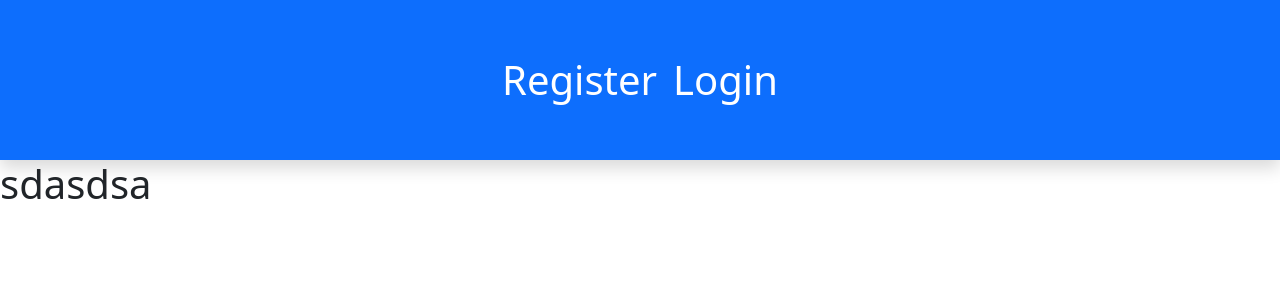
Repository: loveleii/firebase-login-logout
Page: /
These files come from the project's save history. The page is drawn as it stood at one moment and after the next save; the edit follows.
The browser window is 1280 px wide. The pictures show the whole page.
The project was rebuilt for these pictures with package versions that can differ from the ones it lists, and the page was loaded fresh each time. Also part of the build but not shown: vite.config.ts, src/views/loginView.vue, src/assets/main.css.

Above is the page before, as saved 2023-03-04 19:26:51.

### src/main.js
import { createApp } from 'vue'
import { createPinia } from 'pinia'

import App from './App.vue'
import router from './router'
import "bootstrap/dist/css/bootstrap.min.css"
import bootstrap from "bootstrap/dist/js/bootstrap.bundle.js"

import './assets/main.css'

const app = createApp(App)

app.use(createPinia())
app.use(router)

app.mount('#app')

### src/App.vue
<script setup lang="ts">
import { RouterLink, RouterView } from 'vue-router'

</script>

<template>
  <div>
        <header class="bg-primary p-5 shadow">
            <div class="container_header">
                <div class="d-flex">
                    <RouterLink to="/" style="text-decoration: none;"><h1 class="text-white m-2" >Register</h1></RouterLink>
                    <RouterLink to="/login" style="text-decoration: none;"><h1 class="text-white m-2">Login</h1></RouterLink>
                </div>
            </div>
        </header>
    </div>

  <RouterView />
</template>

<style>
.container_header{
  display: grid;
  place-content: center;
}
</style>

### src/router/index.js
import { createRouter, createWebHistory } from 'vue-router'
import registerView from '../views/registerView.vue'
import loginView from '../views/loginView.vue'

const router = createRouter({
  history: createWebHistory(import.meta.env.BASE_URL),
  routes: [
    {
      path: '/',
      name: 'reg',
      component: registerView
    },
    {
      path: '/login',
      name: 'log',
      component: loginView
    },

  ]
})

export default router

### src/views/registerView.vue
<template>
    <div>
        <h1>sdasdsa</h1>
    </div>
</template>

<script>


</script>

Loaded but not shown: index.html (common file)

After the next save:
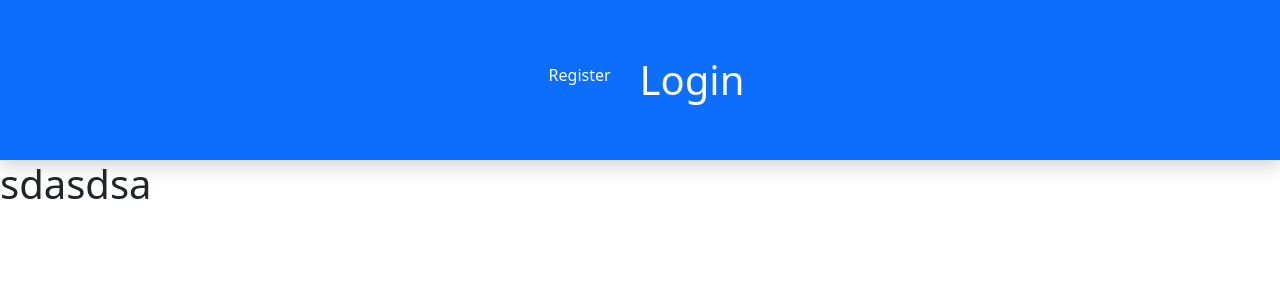
Saved 14 s later.
--- a/src/App.vue
+++ b/src/App.vue
@@ -8,7 +8,7 @@ import { RouterLink, RouterView } from 'vue-router'
         <header class="bg-primary p-5 shadow">
             <div class="container_header">
                 <div class="d-flex">
-                    <RouterLink to="/" style="text-decoration: none;"><h1 class="text-white m-2" >Register</h1></RouterLink>
+                    <RouterLink to="/" style="text-decoration: none;"><h1 class="text-white m-2 btn btn-primary">Register</h1></RouterLink>
                     <RouterLink to="/login" style="text-decoration: none;"><h1 class="text-white m-2">Login</h1></RouterLink>
                 </div>
             </div>
